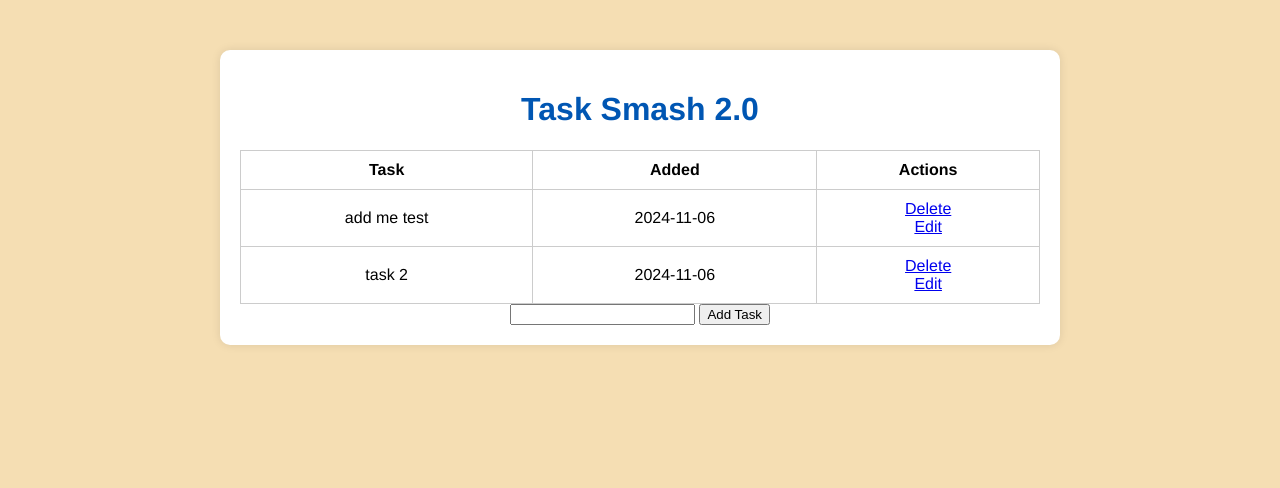
Repository: froztty/Flask-APP-CRUD
Page: http://localhost/
An editor plug-in stored every save of this project. The page is shown before and after the next save, followed by the edit.
The browser window is 1280 px wide. The pictures show the whole page.
The page is served by the project's application, run on Flask 3 (app.py). The page reads the database file committed with the project.

Above is the page before, as saved 2024-11-05 21:26:10.

After the next save:
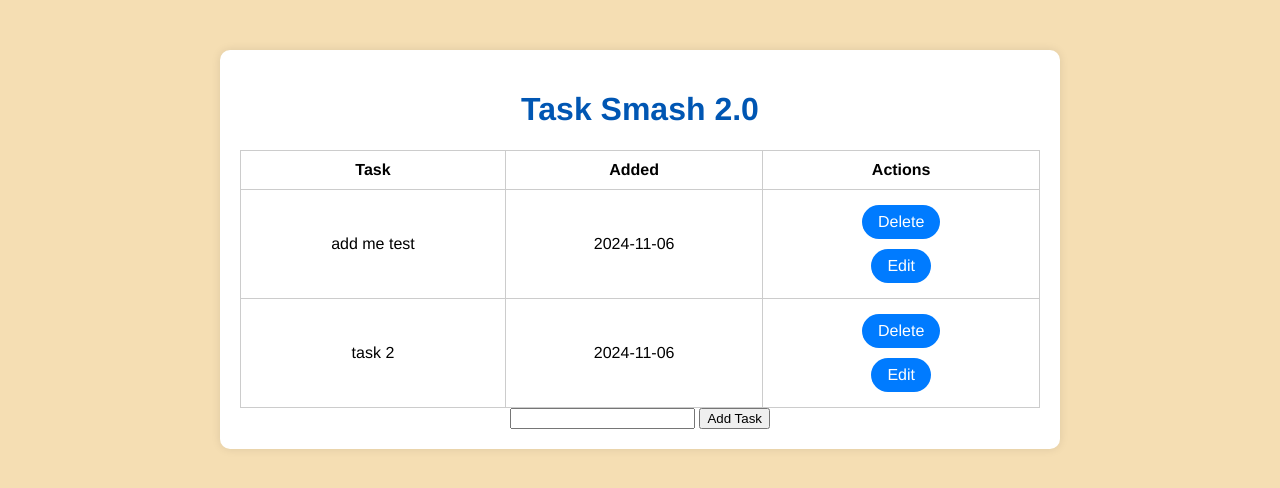
Saved 62 s later.
--- a/static/styles.css
+++ b/static/styles.css
@@ -32,4 +32,14 @@ body {
 .content table th th, .content table td th {
   background-color: #f0f0f0;
   color: #333;
-}/*# sourceMappingURL=styles_20241105212610.css.map */
+}
+.content a {
+  display: inline-block;
+  padding: 8px 16px;
+  margin: 5px;
+  border-radius: 20px;
+  background-color: #007bff;
+  color: #fff;
+  text-decoration: none;
+  transition: background-color 0.3s ease;
+}/*# sourceMappingURL=styles_20241105212712.css.map */
